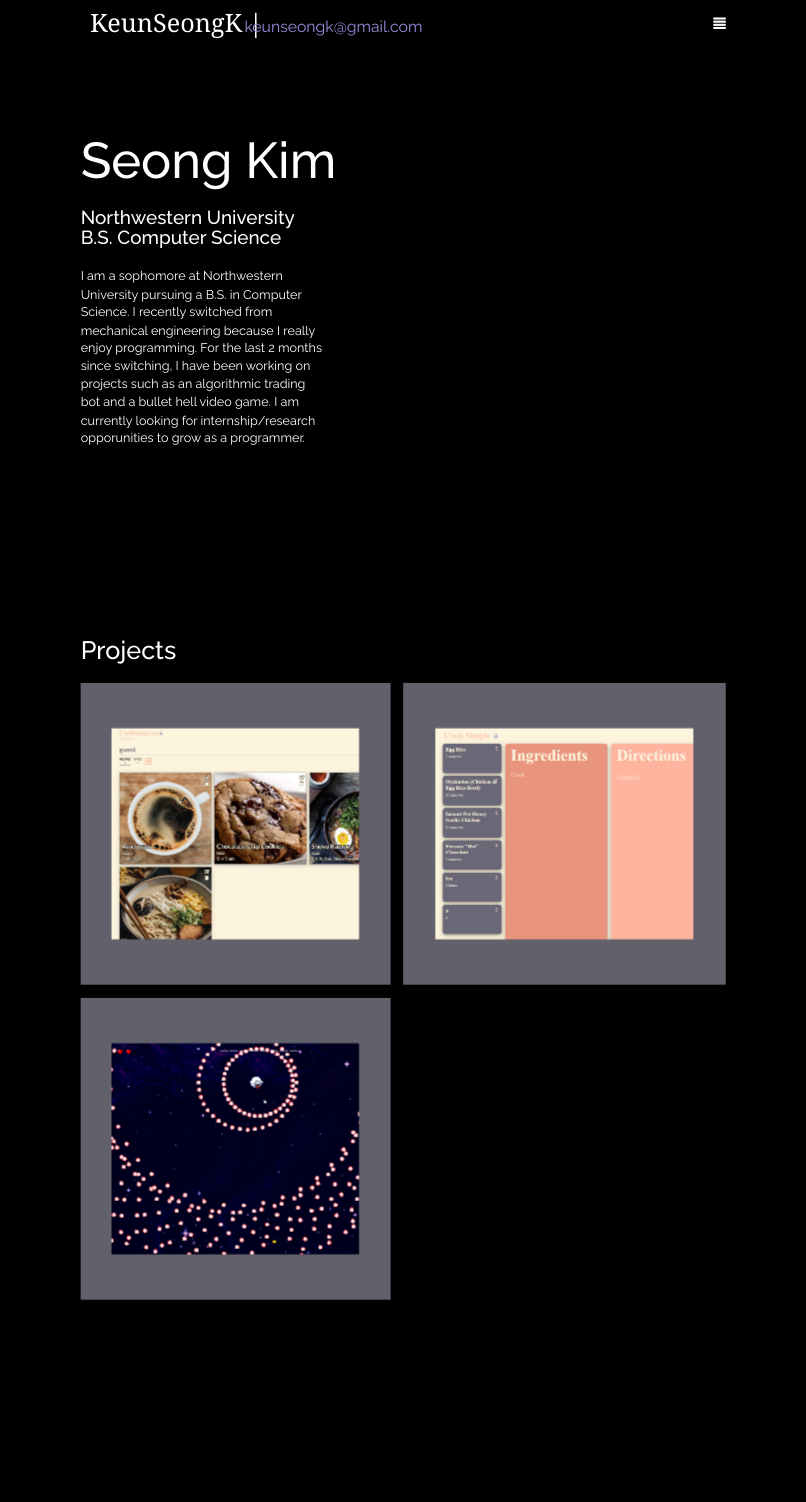
Repository: oqueuo/personal-site
Page: index.html
The author's editor kept a copy of each file at every save. The page is drawn from the files as they stood at one save, then again after the next save.
The browser window is 1280 px wide. The pictures show the whole page, at 63% of full size.

Above is the page before, as saved 2020-09-21 19:24:10.

After the next save:
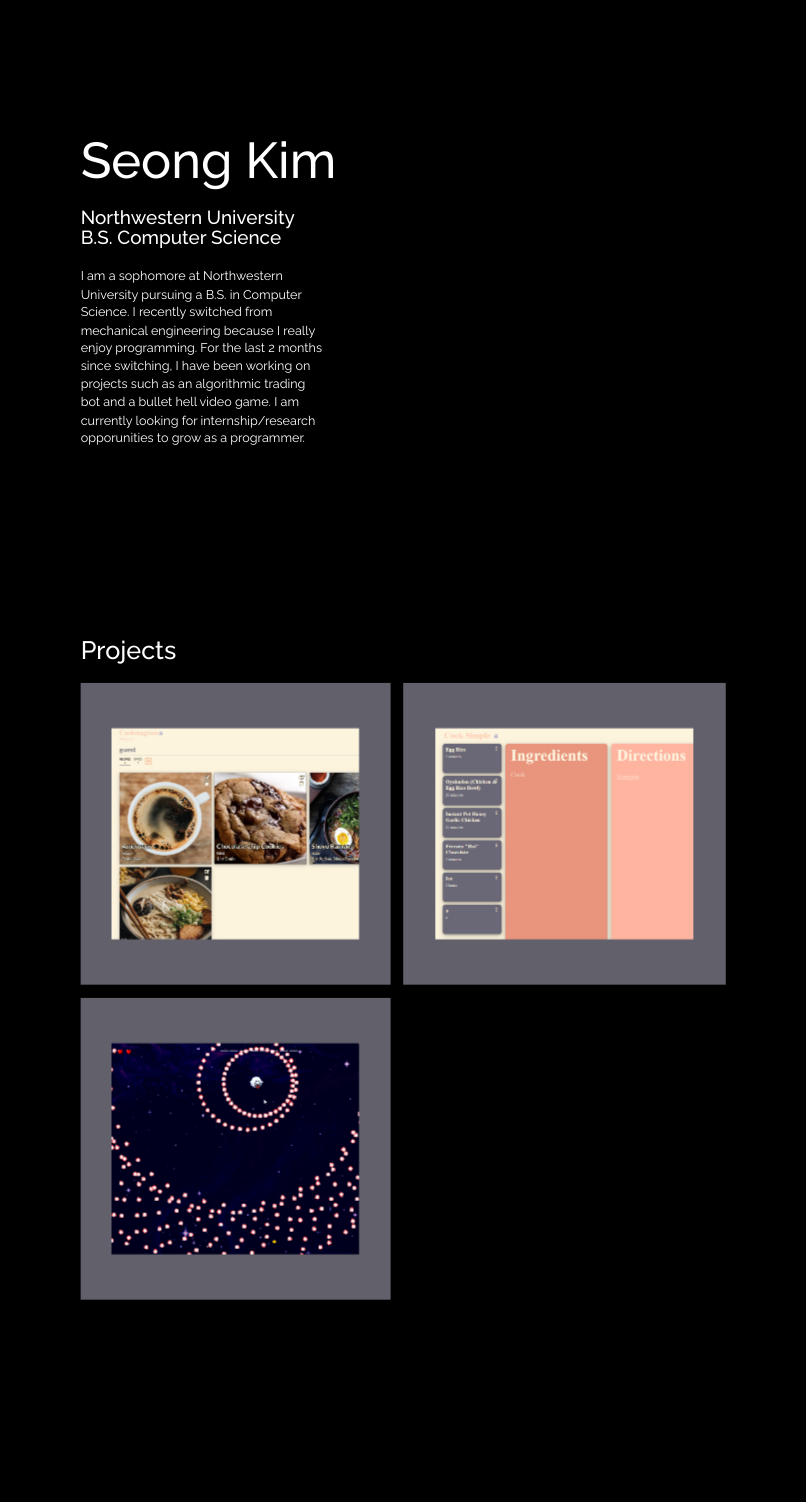
Saved 74 s later.
--- a/index.html
+++ b/index.html
@@ -16,7 +16,7 @@
   <body>
     <main>
       <header>
-        <h1 id="navbar-brand"><a href="index.html" class="navbar-brand">KeunSeongK |</a></h1>
+        <!-- <h1 id="navbar-brand"><a href="index.html" class="navbar-brand">KeunSeongK |</a></h1>
         <a id="email" href = "mailto: abc@example.com">keunseongk@gmail.com</a>
         <ul>
           <li><span id="pulldown-btn" class="glyphicon glyphicon-align-justify"></span>
@@ -27,7 +27,7 @@
               <li class="navbar-item"><a class="nav-link" href="https://www.linkedin.com/in/seong-kim-a0a989160/">LinkedIn</a></li>
             </ul>
           </li>
-        </ul>
+        </ul> -->
       </header>
 
       <!-- About me -->
